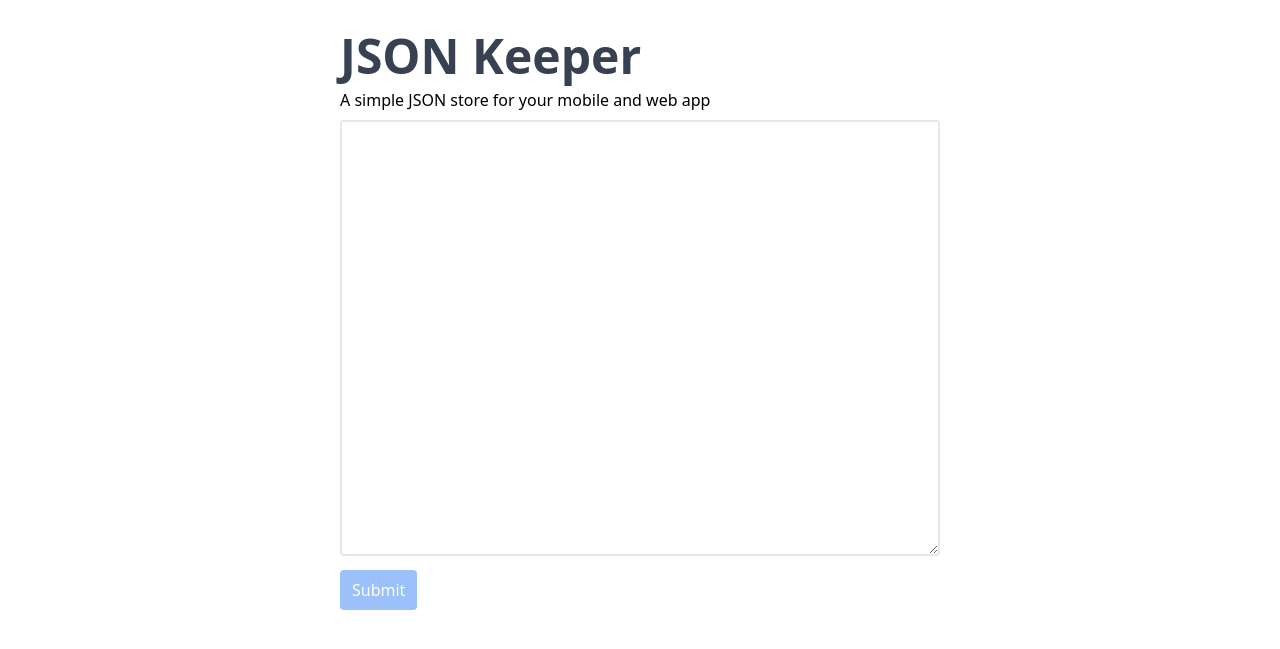
Repository: lakshithapramodya/jsonhub
Page: / (app in client/)
An editor plug-in stored every save of this project. The page is shown before and after the next save, followed by the edit.
The browser window is 1280 px wide. The pictures show the whole page.
The page's requests for data from a server got no answer. The project was rebuilt for these pictures with package versions that can differ from the ones it lists, and the page was loaded fresh each time. No one was signed in, and anything a server would have sent is missing. Also part of the build but not shown: client/src/HandleJsonData.js.

Above is the page before, as saved 2023-05-10 12:18:30.

After the next save:
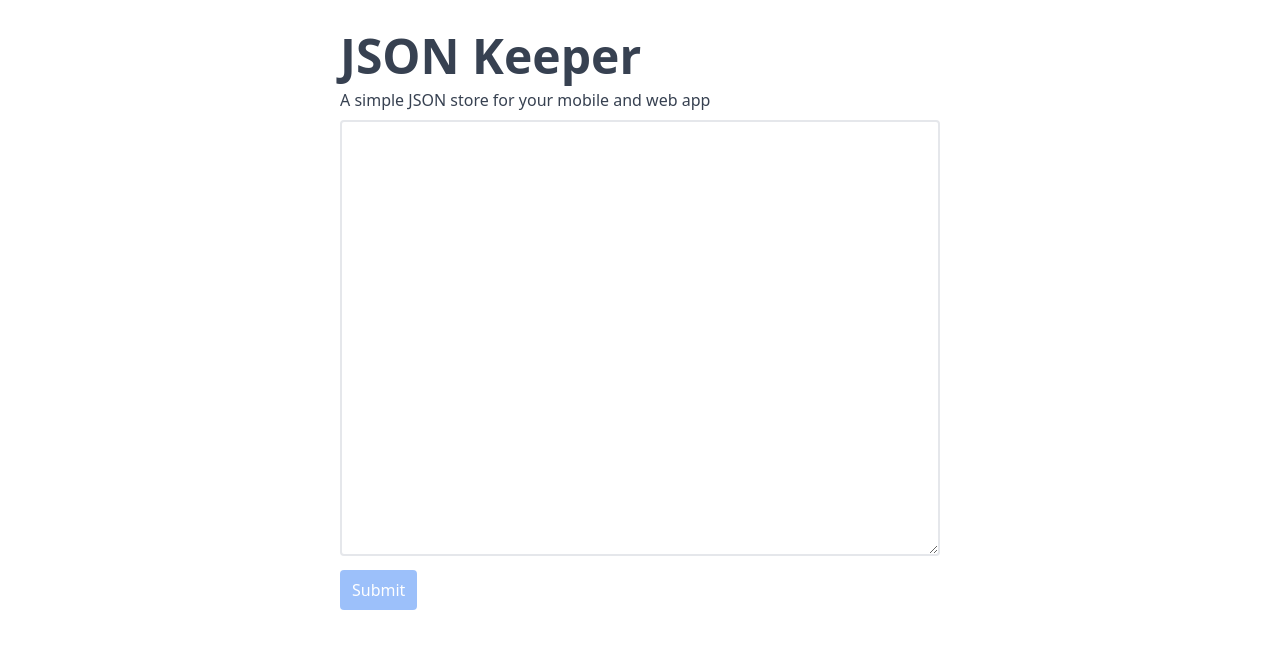
Saved 10 s later.
--- a/client/src/App.js
+++ b/client/src/App.js
@@ -43,7 +43,9 @@ function App() {
       <div className="flex flex-col mx-auto mt-8 w-full md:w-1/2 items-center justify-center">
         <form onSubmit={handleSubmit} className="w-full space-y-2 px-5">
           <h1 className="text-5xl font-semibold text-gray-700">JSON Keeper</h1>
-          <p>A simple JSON store for your mobile and web app</p>
+          <p className="text-gray-700">
+            A simple JSON store for your mobile and web app
+          </p>
           <textarea
             onChange={(e) => setInput(e.target.value)}
             value={input}
